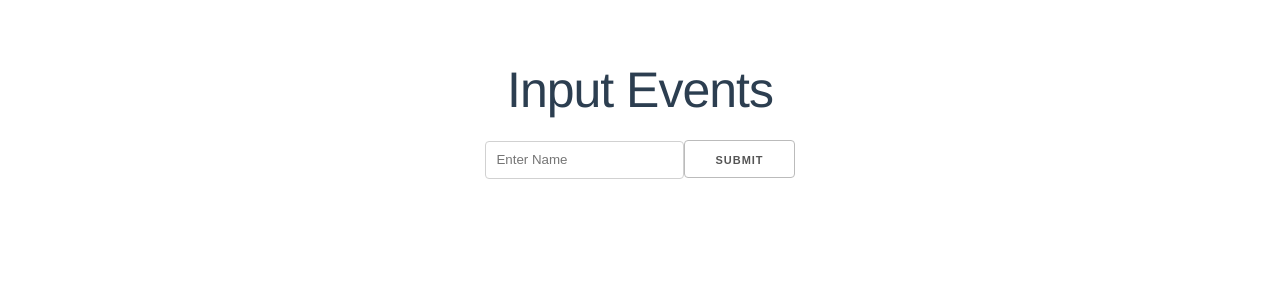
Repository: chsvk/Vue-JS-Course
Page: /home
The author's editor kept a copy of each file at every save. The page is drawn from the files as they stood at one save, then again after the next save.
The browser window is 1280 px wide. The pictures show the whole page.
The project was rebuilt for these pictures with package versions that can differ from the ones it lists, and the page was loaded fresh each time. Also part of the build but not shown: src/components/HelloWorld.vue.

Above is the page before, as saved 2019-03-11 22:42:07.

After the next save:
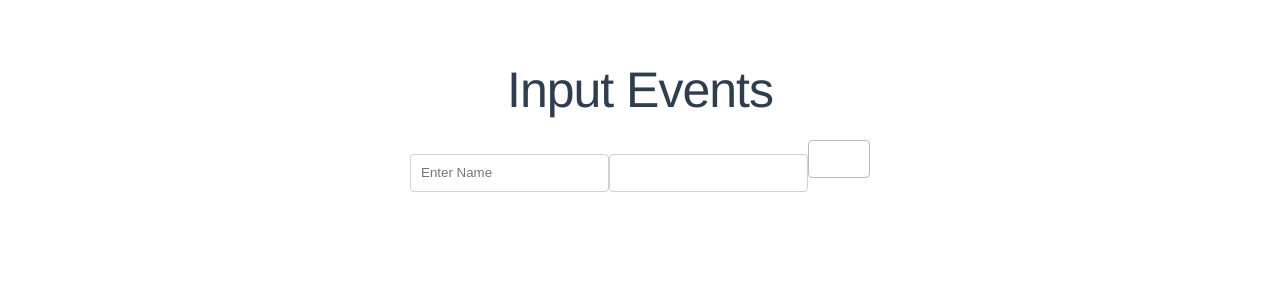
Saved 20 s later.
--- a/src/App.vue
+++ b/src/App.vue
@@ -4,7 +4,8 @@
 
    <form @submit="submitPressed()" action="">
      <input type="text" @blur="blur()" placeholder="Enter Name">
-    <input type="submit" @focus="focus()">
+    <input type="text" @focus="focus()">
+    <button type="submit"></button>
    </form>
   </div>
 </template>
